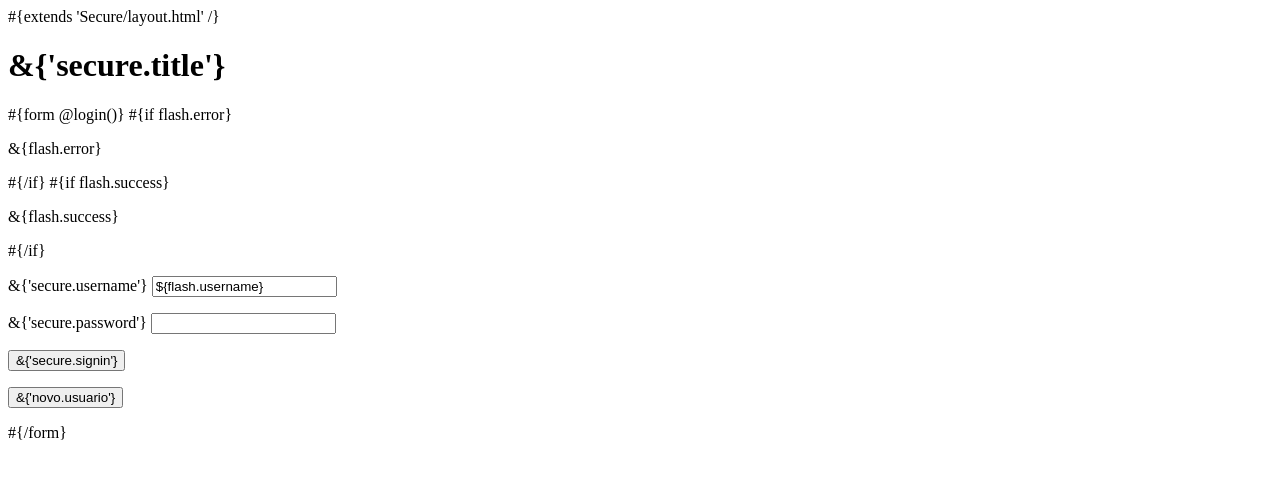
Repository: danilofonte/playframework-tutorial
Page: controleAcesso/app/views/Admin/main.html
An editor plug-in stored every save of this project. The page is shown before and after the next save, followed by the edit.
The browser window is 1280 px wide. The pictures show the whole page.

Above is the page before, as saved 2014-02-05 11:31:15.

### controleAcesso/app/views/Admin/main.html
#{extends 'Secure/layout.html' /}

<div id="login">

	<h1>&{'secure.title'}</h1>

	#{form @login()}

		#{if flash.error}
			<p class="error">
				&{flash.error}
			</p>
		#{/if}
		#{if flash.success}
			<p class="success">
				&{flash.success}
			</p>
		#{/if}

		<p id="username-field">
			<label for="email">&{'secure.username'}</label>
			<input type="text" name="usuario.email" id="email" value="${flash.username}" />
		</p>
		<p id="password-field">
			<label for="password">&{'secure.password'}</label>
			<input type="password" name="usuario.password" id="password" value="" />
		</p>
		<p id="signin-field">
			<input type="submit" id="signin" value="&{'secure.signin'}" />
		</p>
		<p id="signin-field">
			<a href="@cadastro()"><input type="button" id="insert" value="&{'novo.usuario'}"/></a>
		</p>
	#{/form}
</div>

After the next save:
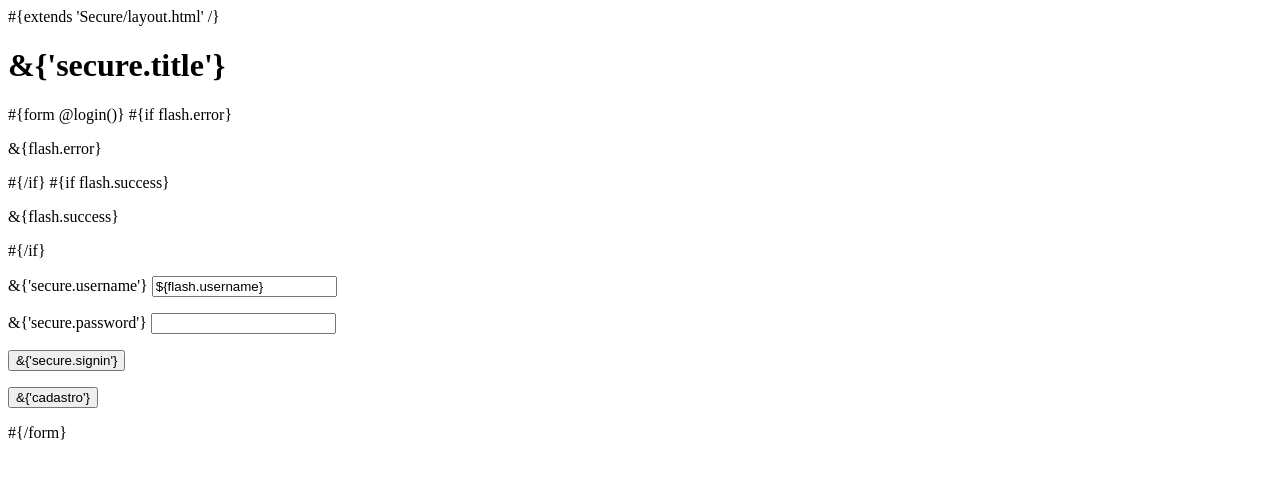
Saved 87 s later.
--- a/controleAcesso/app/views/Admin/main.html
+++ b/controleAcesso/app/views/Admin/main.html
@@ -29,7 +29,7 @@
 			<input type="submit" id="signin" value="&{'secure.signin'}" />
 		</p>
 		<p id="signin-field">
-			<a href="@cadastro()"><input type="button" id="insert" value="&{'novo.usuario'}"/></a>
+			<a href="@cadastro()"><button>&{'cadastro'}</button></a>
 		</p>
 	#{/form}
 </div>
